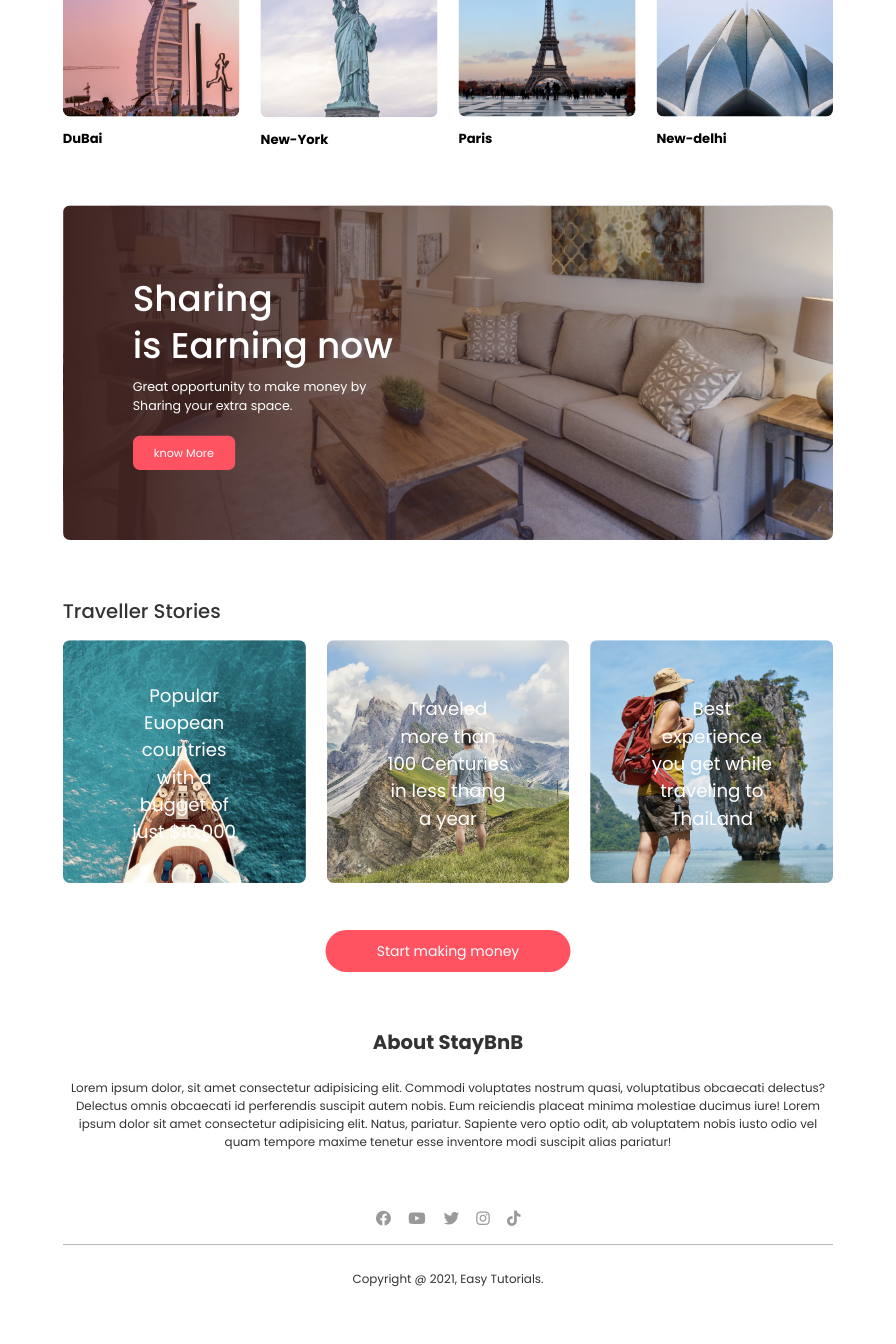
Repository: pinocoding/AirBnB
Page: index.html
The author's editor kept a copy of each file at every save. The page is drawn from the files as they stood at one save, then again after the next save.
The browser window is 1280 px wide. The pictures show the part of the page from y = 1301 to 3221 px (the page is 3221 px tall before and 3131 px after), at 70% of full size.

Above is the page before, as saved 2022-02-12 17:57:17.

After the next save:
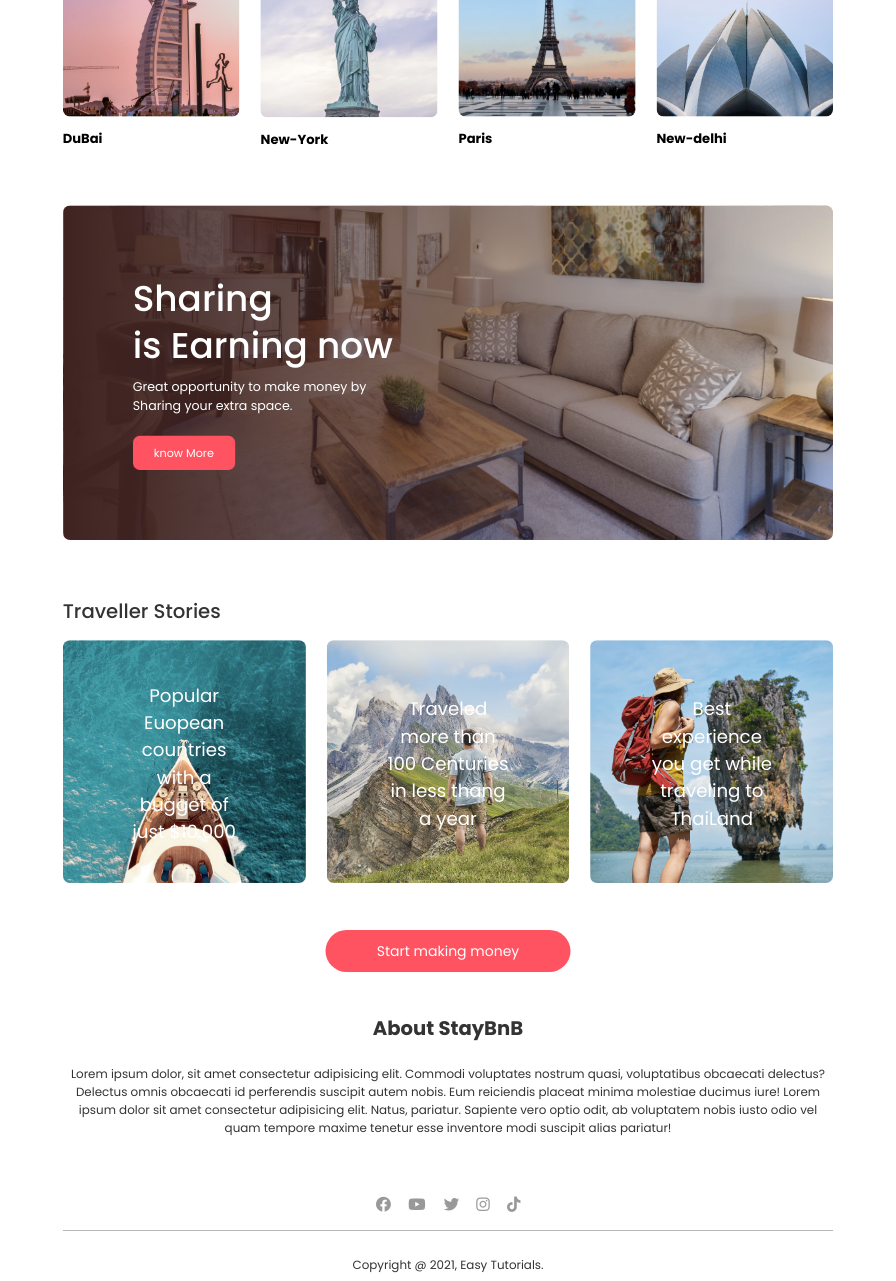
Saved 33 min 55 s later.
--- a/style.css
+++ b/style.css
@@ -253,7 +253,7 @@ nav {
 
 .about-msg {
     text-align: center;
-    margin: 80px 0;
+    /* margin: 80px 0; */
     color: #333;
     font-size: 17px;
 }
